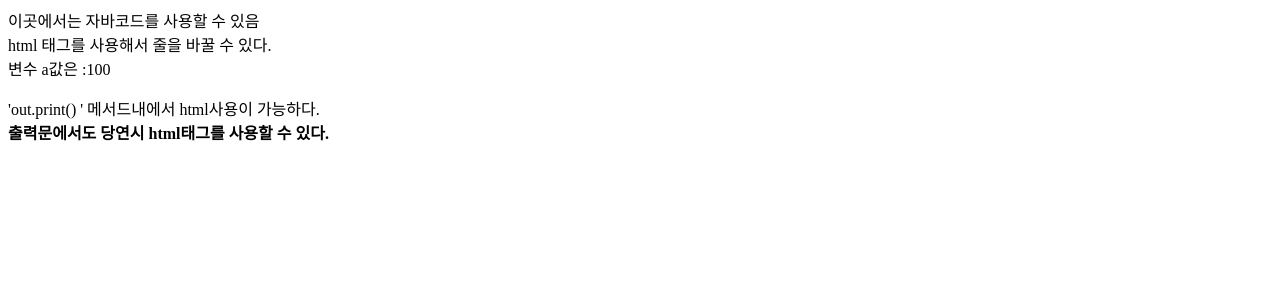
Repository: percussion8/jsp-servlet
Page: http://localhost/basic1007_1/conversion.jsp
An editor plug-in stored every save of this project. The page is shown before and after the next save, followed by the edit.
The browser window is 1280 px wide. The pictures show the whole page.
The page is served by Tomcat 9.

Above is the page before, as saved 2020-10-08 07:17:06.

### basic1007_1/WebContent/conversion.jsp
<%@ page language="java" contentType="text/html; charset=UTF-8"
    pageEncoding="UTF-8"%>
<!DOCTYPE html>
<html>
<head>
<meta charset="UTF-8">
<title>Insert title here</title>
</head>
<body>
<%
	int a = 100;
	out.print("이곳에서는 자바코드를 사용할 수 있음 <br>");

%>
html 태그를 사용해서 줄을 바꿀 수 있다. <br>

<%

	out.print("변수 a값은 :" + a + "<p>");
	out.print(" \'out.print() \' 메서드내에서 html사용이 가능하다. <br>");

%>

<%= " <b> 출력문에서도 당연시 html태그를 사용할 수 있다. </b>" %>

</body>
</html>

After the next save:
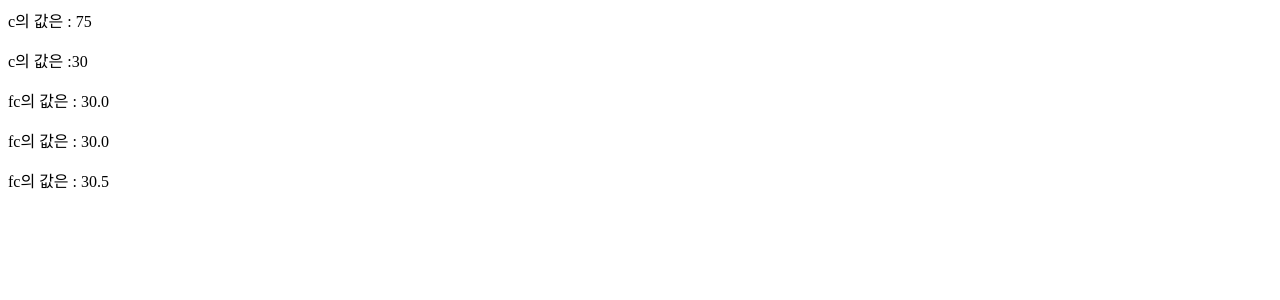
Saved 6 min 24 s later.
--- a/basic1007_1/WebContent/conversion.jsp
+++ b/basic1007_1/WebContent/conversion.jsp
@@ -1,27 +1,24 @@
 <%@ page language="java" contentType="text/html; charset=UTF-8"
     pageEncoding="UTF-8"%>
-<!DOCTYPE html>
-<html>
-<head>
-<meta charset="UTF-8">
-<title>Insert title here</title>
-</head>
-<body>
+
+
 <%
-	int a = 100;
-	out.print("이곳에서는 자바코드를 사용할 수 있음 <br>");
+	int a = 10, b =20, c;
+	float fa =10.5f, fb =20.0f, fc;
+
+	//정수와 문자의 연산시 정수형으로 자동형 변환된다.
+	c = a + 'A';
+	out.print("c의 값은 : " + c + "<p>");
+	//정수와 정수의 연산시 결과는 정수형이 된다.
+	c = a+b;
+	out.print("c의 값은 :" + c + "<p>");
+
+	//정수와 실수, 실수와 정수 또는 실수간의 연산시 실수형으로 자동형변환 된다.
+	fc = a+fb;
+	out.print("fc의 값은 : " + fc + "<p>");
+	fc = fb +a;
+	out.print("fc의 값은 : " + fc + "<p>");
+	fc = fa+fb;
+	out.print("fc의 값은 : " + fc  + "<p>");
 
 %>
-html 태그를 사용해서 줄을 바꿀 수 있다. <br>
-
-<%
-
-	out.print("변수 a값은 :" + a + "<p>");
-	out.print(" \'out.print() \' 메서드내에서 html사용이 가능하다. <br>");
-
-%>
-
-<%= " <b> 출력문에서도 당연시 html태그를 사용할 수 있다. </b>" %>
-
-</body>
-</html>
